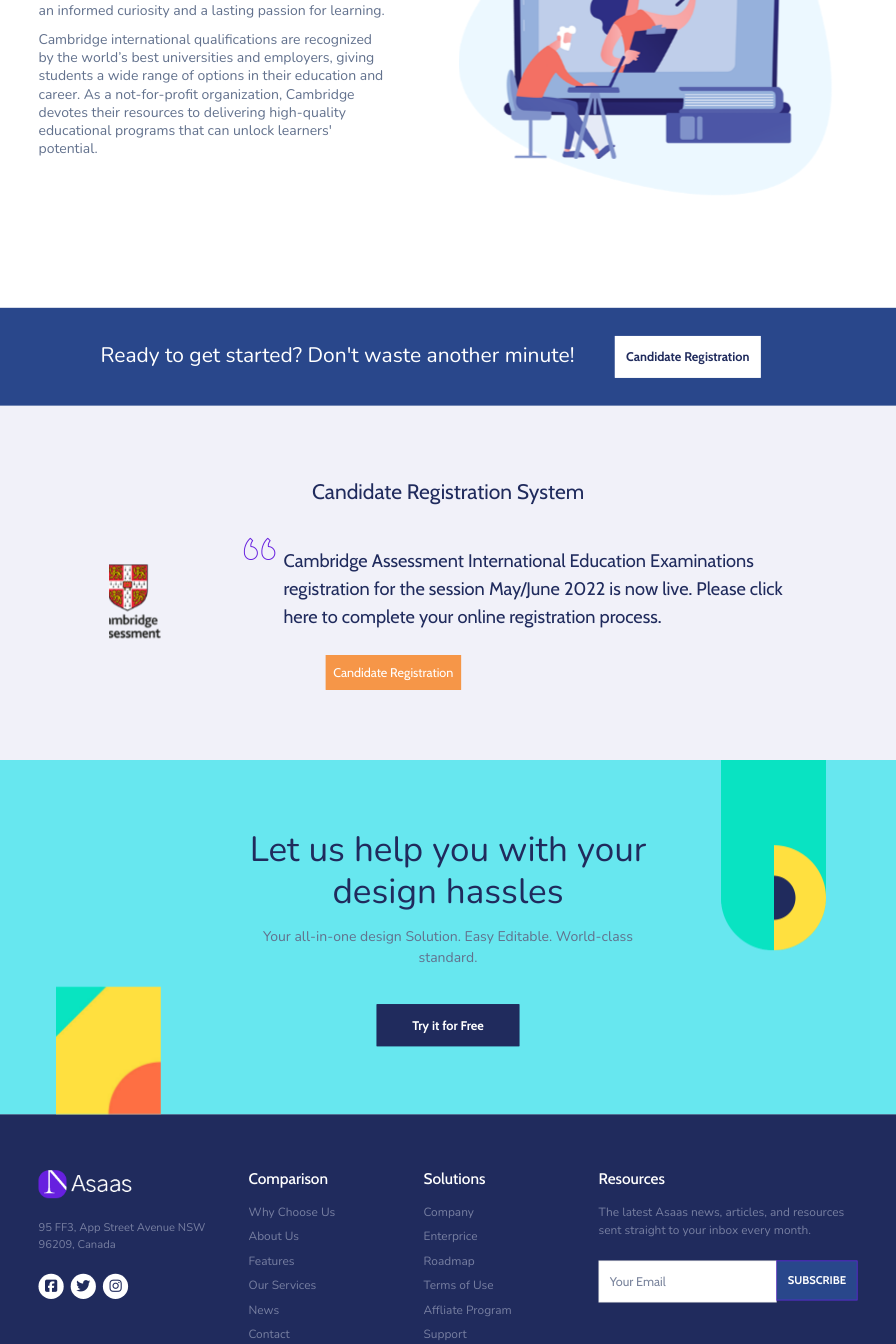
Repository: AXUSLK/LyceumAssessments-HTML
Page: index.html
An editor plug-in stored every save of this project. The page is shown before and after the next save, followed by the edit.
The browser window is 1280 px wide. The pictures show the part of the page from y = 3594 to 5514 px (the page is 5706 px tall), at 70% of full size.
Backgrounds fixed to the window are drawn as part of the page. Some web libraries are served in a nearby version.

Above is the page before, as saved 2022-01-30 17:22:13.

After the next save:
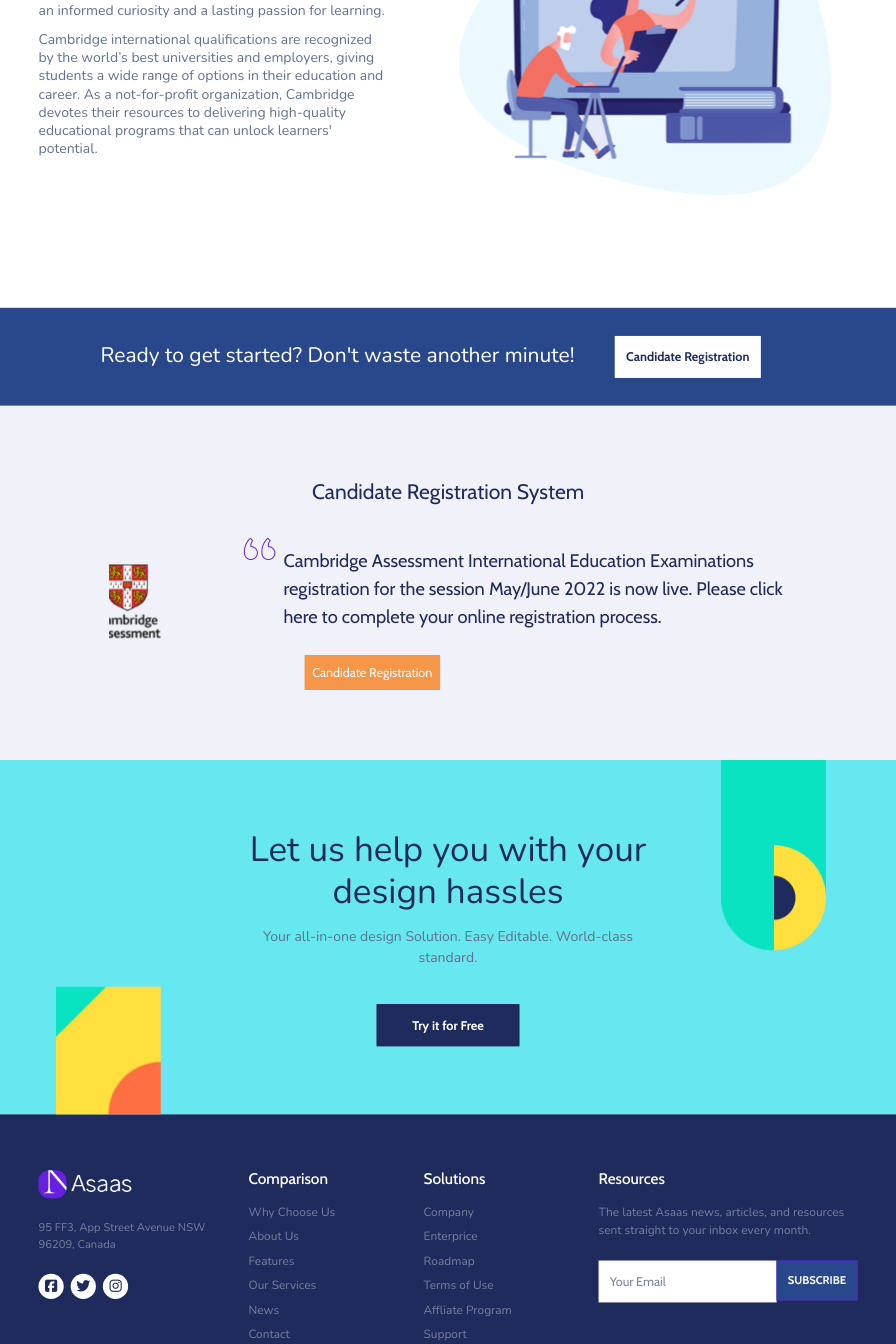
Saved 57 s later.
--- a/index.html
+++ b/index.html
@@ -477,7 +477,7 @@
 												<span class="eWrap d-block">
 													<strong class="d-block font-weight-normal text-capitalize mb-1"> <a
 															href="javascript:void(0);"
-															class="btn btn-info font-weight-normal text-capitalize hdBtn ml-md-3 ml-md-6 ml-lg-12 position-relative border-0 p-0"
+															class="btn btn-info font-weight-normal text-capitalize hdBtn ml-md-3 ml-md-6 position-relative border-0 p-0"
 															data-hover="Get Started">
 															<span class="d-block btnText">Candidate Registration </span>
 														</a></strong>
